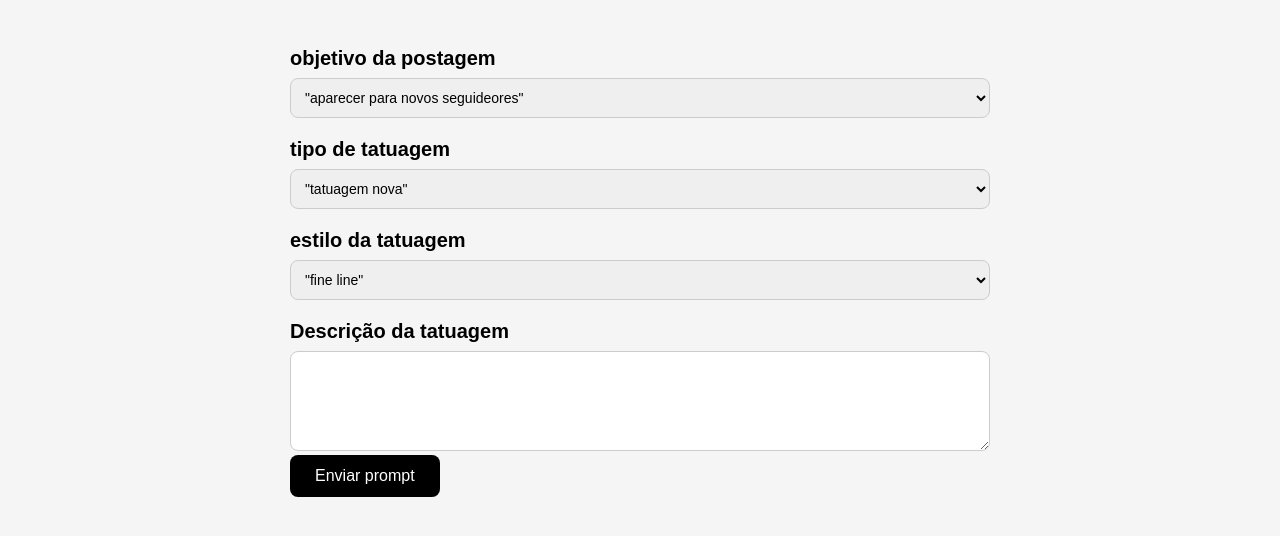
Repository: Ubiratandev/ink_api
Page: ink_IA/ink_ia.html
These files come from the project's save history. The page is drawn as it stood at one moment and after the next save; the edit follows.
The browser window is 1280 px wide. The pictures show the whole page.

Above is the page before, as saved 2026-03-25 00:14:00.

### ink_IA/ink_ia.html
<!DOCTYPE html>
<html>
<head>
    <link rel="stylesheet" href="styles.css">
    <title>Ink IA</title>
</head>
<body>
   <div class="objetivo">
    <h2>objetivo da postagem</h2>
    <select value = "Objetivo da postagem:" id = "objetivo" onchange={changeObjetivo()}>
    <optgroup>
        <option value = "aparecer para novos seguideores"> "aparecer para novos seguideores"</option>
        <option value = "engajar com pessoas que ja viram as suas postagens">"engajar com pessoas que ja viram as suas postagens"</option>
        <option value = "vender para pessoas que ja engajaram com voce">"vender para pessoas que ja engajaram com voce"</option>
    </optgroup>
   </select>
   <script>
    const changeObjetivo =()=>{
   const objetivo = document.getElementById("objetivo").value;
   }
   </script>
   </div>

   <div class="tipo_tatuagem">


    <h2>tipo de tatuagem</h2>
    <select value = "tipo de tatuagem" id ="tipo" onchange={changeTipo()}>
    <optgroup>
        <option value = "tatuagem nova"> "tatuagem nova"</option>
        <option value = "cobertura">"cobertura"</option>
        <option value = "reforma">"reforma"</option>
    </optgroup>
   </select>
   <script>
   const changeTipo =()=>{
    const tipo = document.getElementById("tipo").value;
   }
   </script>
   </div>



   <div class="estilo">


    <h2>estilo da tatuagem</h2>
    <select value = "estilo da tatuagem" id = "estilo" onchange = {changeEstilo()}>
    <optgroup>
        <option value = "fine line"> "fine line"</option>
        <option value = "realismo preto e cinza">"realismo preto e cinza"</option>
        <option value = "realismo colorido">"realismo colorido"</option>
        <option value = "neotradicional">"neotradicional"</option>

    </optgroup>
   </select>
   <script>
    const changeEstilo = ()=>{
        const estilo = document.getElementById("estilo").value;
    }
   </script>
   </div>

<div>
  <h2>Descrição da tatuagem</h2>

  <textarea id="descricao"></textarea>


  <script>
    let desc = "";

    const descricao = document.getElementById("descricao");

    descricao.addEventListener("input", () => {
      desc = descricao.value;

    });
  </script>
</div>

<script>
    function abrirModal(texto) {
  document.getElementById("conteudoResposta").innerText = texto;
  document.getElementById("modal").style.display = "block";
}

function fecharModal() {
  document.getElementById("modal").style.display = "none";
}
</script>

    <div id="modal" style="display:none; position:fixed; top:0; left:0; width:100%; height:100%; background:rgba(0,0,0,0.6);">

  <div style="background:white; padding:20px; margin:10% auto; width:60%; border-radius:10px;">

    <button onclick="fecharModal()">X</button>

    <h3>Resultado</h3>
    <p id="conteudoResposta"></p>

  </div>

</div>


   <div>
<button onclick="enviarPrompt()">Enviar prompt</button>
   <script>
    const enviarPrompt =()=>{
        let prompt = `Você é um especialista em marketing para tatuadores.

Crie uma legenda para Instagram com base EXCLUSIVAMENTE nas informações abaixo:

Descrição: ${desc}
Tipo: ${tipo}
Estilo: ${estilo}
Objetivo: ${objetivo}

REGRAS IMPORTANTES:
- NÃO invente elementos que não estão na descrição
- NÃO substitua palavras por sinônimos (ex: borboleta ≠ mariposa)
- Use exatamente os conceitos fornecidos
- Seja fiel à descrição
- Não adicione nada que não seja referente a postagem, nem comentarios nem observações

A legenda deve:
- Ser envolvente e natural
- Conversar com o público de tatuagem
- Incluir um CTA sutil

Inclua também:
- 10 hashtags relevantes BASEADAS SOMENTE na descrição

Formato:

Legenda:
CTA:
Hashtags:`
enviar(prompt)
    }
   </script>
   </div>

   <script>
    async function enviar(prompt) {

  const response = await fetch("http://localhost:5000/gerar", {
    method: "POST",
    headers: {
      "Content-Type": "application/json"
    },
    body: JSON.stringify({
      prompt: prompt
    })
  });

  const data = await response.json();
abrirModal(data.resposta);
  console.log(data.resposta);

}
   </script>
</body>
</html>

### ink_IA/styles.css
/* RESET básico */
body {
  margin: 0;
  padding: 15px;
  font-family: Arial, sans-serif;
  background: #f5f5f5;
  justify-content:center;
  align-items:center;


}

/* títulos */
h2 {
  font-size: 18px;
  margin-bottom: 8px;
}

/* containers */
.objetivo,
.tipo_tatuagem,
.estilo,
div {
  margin-bottom: 20px;
}

/* inputs */
select,
textarea {
  width: 100%;
  padding: 10px;
  border-radius: 8px;
  border: 1px solid #ccc;
  font-size: 14px;
  box-sizing: border-box;
}

/* textarea */
textarea {
  min-height: 100px;
  resize: vertical;
}

/* botão */
button {
  width: 100%;
  padding: 12px;
  background: black;
  color: white;
  border: none;
  border-radius: 8px;
  font-size: 16px;
  cursor: pointer;
  margin:auto;
}

button:hover {
  background: #333;
}

/* MODAL */
#modal {
  display: none;
  position: fixed;
  top: 0;
  left: 0;
  width: 100%;
  height: 100%;
  background: rgba(0,0,0,0.6);
}

#modal .box {
  background: white;
  padding: 20px;
  margin: 20% auto;
  width: 90%;
  border-radius: 10px;
  max-height: 70vh;
  overflow-y: auto;
}

/* texto do modal */
#conteudoResposta {
  white-space: pre-line;
  font-size: 14px;
  line-height: 1.5;
}

/* botão fechar */
#modal button {
  width: auto;
  background: red;
  margin-bottom: 10px;
}



@media (min-width: 768px) {

  body {
    padding: 30px;
  }

  /* centraliza layout */
  body > div {
    max-width: 700px;
    margin: auto;
  }

  button {
    width: auto;
    padding: 12px 25px;
  }

  #modal .box {
    width: 60%;
    margin: 10% auto;
  }

  h2 {
    font-size: 20px;
  }
}

After the next save:
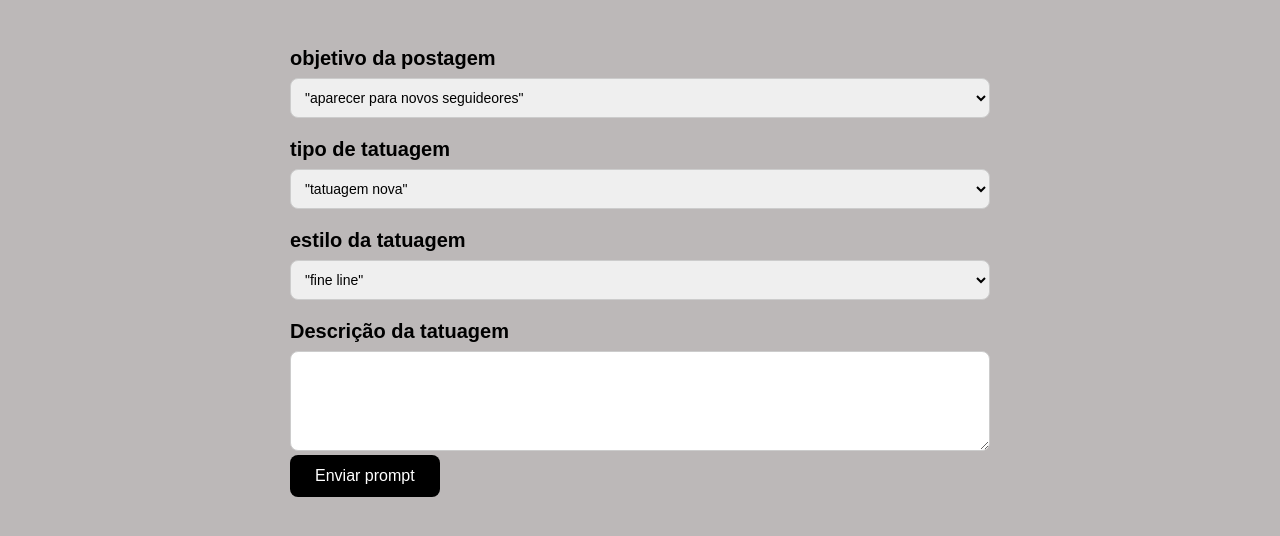
Saved 6 s later.
--- a/ink_IA/styles.css
+++ b/ink_IA/styles.css
@@ -3,7 +3,7 @@ body {
   margin: 0;
   padding: 15px;
   font-family: Arial, sans-serif;
-  background: #f5f5f5;
+  background: #bcb8b8;
   justify-content:center;
   align-items:center;
 
